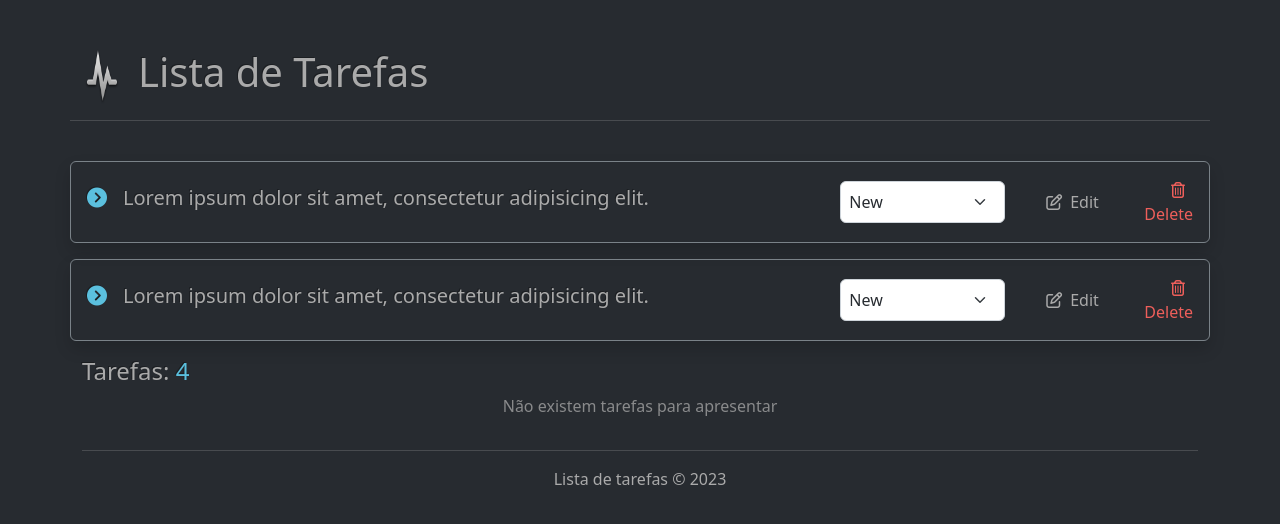
Repository: cargugati/lista_tarefas
Page: frontEnd/new_task.html
An editor plug-in stored every save of this project. The page is shown before and after the next save, followed by the edit.
The browser window is 1280 px wide. The pictures show the whole page.

Above is the page before, as saved 2023-03-30 10:18:07.

### frontEnd/new_task.html
<!DOCTYPE html>
<html lang="pt-br">

<head>
  <meta charset="UTF-8">
  <meta http-equiv="X-UA-Compatible" content="IE=edge">
  <meta name="viewport" content="width=device-width, initial-scale=1.0">
  <title>Lista de Tarefas</title>
  <link rel="stylesheet" href="./assets/css/bootstrap.min.css">
  <link rel="stylesheet" href="./assets/fontawesome/css/all.min.css">
  <link rel="shortcut icon" href="./assets/images/favicon.png" type="image/png">
</head>

<body>
  <div class="container my-5">

    <!-- cabeçalho -->
    <div class="row mb-4">
      <div class="col">
        <div class="d-flex justify-content-start">
          <img src="./assets/images/favicon.png" alt="Logo" class="img-fluid me-3" width="40px">
          <h1>Lista de Tarefas</h1>
        </div>

      </div>

      <hr class="my-3">
    </div>








    <!-- aspecto visual de uma tarefa -->
    <div class="row mb-3">
      <div class="col-12 border border-secondary rounded p-3 shadow">
        <div class="row align-items-center">
          <div class="col-8">
            <div class="d-flex align-items-center">
              <h5 class="me-3 text-info"> <i class="fa-solid fa-circle-chevron-right"></i> </h5>
              <h5>Lorem ipsum dolor sit amet, consectetur adipisicing elit.</h5>
            </div>
          </div>
          <div class="col-2">
            <select id="task_status" class="form-select p-2">
              <option value="new">New</option>
              <option value="in progress">In progress</option>
              <option value="canceled">Canceled</option>
              <option value="done">Done</option>
            </select>
          </div>
          <div class="col-1 text-end"><i class="fa-regular fa-pen-to-square me-2"></i>Edit</div>
          <div class="col-1 text-end text-danger"><i class="fa-regular fa-trash-can me-2"></i>Delete</div>
        </div>
      </div>
    </div>

    <div class="row mb-3">
      <div class="col-12 border border-secondary rounded p-3 shadow">
        <div class="row align-items-center">
          <div class="col-8">
            <div class="d-flex align-items-center">
              <h5 class="me-3 text-info"> <i class="fa-solid fa-circle-chevron-right"></i> </h5>
              <h5>Lorem ipsum dolor sit amet, consectetur adipisicing elit.</h5>
            </div>
          </div>
          <div class="col-2">
            <select id="task_status" class="form-select p-2">
              <option value="new">New</option>
              <option value="in progress">In progress</option>
              <option value="canceled">Canceled</option>
              <option value="done">Done</option>
            </select>
          </div>
          <div class="col-1 text-end"><i class="fa-regular fa-pen-to-square me-2"></i>Edit</div>
          <div class="col-1 text-end text-danger"><i class="fa-regular fa-trash-can me-2"></i>Delete</div>
        </div>
      </div>
    </div>

    <!-- total tarefas -->
    <div class="row" id="total_tasks">
      <div class="col">
        <h4>Tarefas: <span class="text-info">4</span></h4>
      </div>
    </div>

    <!-- sem tarefa -->
    <div class="row " id="no_tasks">
      <div class="col text-center">
        <span class="opacity-75">Não existem tarefas para apresentar</span>
      </div>
    </div>

    <!-- footer -->
    <div class="row mt-3">
      <div class="col text-center">
        <hr>
        <p>Lista de tarefas &copy; 2023</p>
      </div>
    </div>


  </div>

  <script src="./assets/js/bootstrap.bundle.min.js"></script>
</body>

</html>

Loaded but not shown: frontEnd/assets/css/bootstrap.min.css (library); frontEnd/assets/fontawesome/css/all.min.css (library); frontEnd/assets/js/bootstrap.bundle.min.js (library)

After the next save:
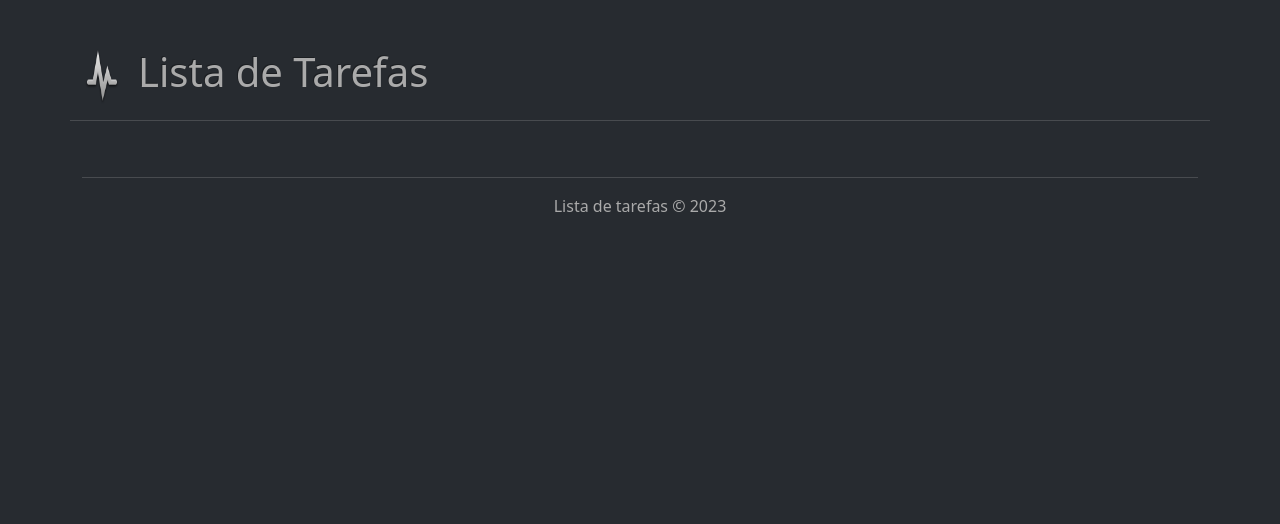
Saved 79 s later.
--- a/frontEnd/new_task.html
+++ b/frontEnd/new_task.html
@@ -34,66 +34,7 @@
 
 
 
-    <!-- aspecto visual de uma tarefa -->
-    <div class="row mb-3">
-      <div class="col-12 border border-secondary rounded p-3 shadow">
-        <div class="row align-items-center">
-          <div class="col-8">
-            <div class="d-flex align-items-center">
-              <h5 class="me-3 text-info"> <i class="fa-solid fa-circle-chevron-right"></i> </h5>
-              <h5>Lorem ipsum dolor sit amet, consectetur adipisicing elit.</h5>
-            </div>
-          </div>
-          <div class="col-2">
-            <select id="task_status" class="form-select p-2">
-              <option value="new">New</option>
-              <option value="in progress">In progress</option>
-              <option value="canceled">Canceled</option>
-              <option value="done">Done</option>
-            </select>
-          </div>
-          <div class="col-1 text-end"><i class="fa-regular fa-pen-to-square me-2"></i>Edit</div>
-          <div class="col-1 text-end text-danger"><i class="fa-regular fa-trash-can me-2"></i>Delete</div>
-        </div>
-      </div>
-    </div>
 
-    <div class="row mb-3">
-      <div class="col-12 border border-secondary rounded p-3 shadow">
-        <div class="row align-items-center">
-          <div class="col-8">
-            <div class="d-flex align-items-center">
-              <h5 class="me-3 text-info"> <i class="fa-solid fa-circle-chevron-right"></i> </h5>
-              <h5>Lorem ipsum dolor sit amet, consectetur adipisicing elit.</h5>
-            </div>
-          </div>
-          <div class="col-2">
-            <select id="task_status" class="form-select p-2">
-              <option value="new">New</option>
-              <option value="in progress">In progress</option>
-              <option value="canceled">Canceled</option>
-              <option value="done">Done</option>
-            </select>
-          </div>
-          <div class="col-1 text-end"><i class="fa-regular fa-pen-to-square me-2"></i>Edit</div>
-          <div class="col-1 text-end text-danger"><i class="fa-regular fa-trash-can me-2"></i>Delete</div>
-        </div>
-      </div>
-    </div>
-
-    <!-- total tarefas -->
-    <div class="row" id="total_tasks">
-      <div class="col">
-        <h4>Tarefas: <span class="text-info">4</span></h4>
-      </div>
-    </div>
-
-    <!-- sem tarefa -->
-    <div class="row " id="no_tasks">
-      <div class="col text-center">
-        <span class="opacity-75">Não existem tarefas para apresentar</span>
-      </div>
-    </div>
 
     <!-- footer -->
     <div class="row mt-3">
